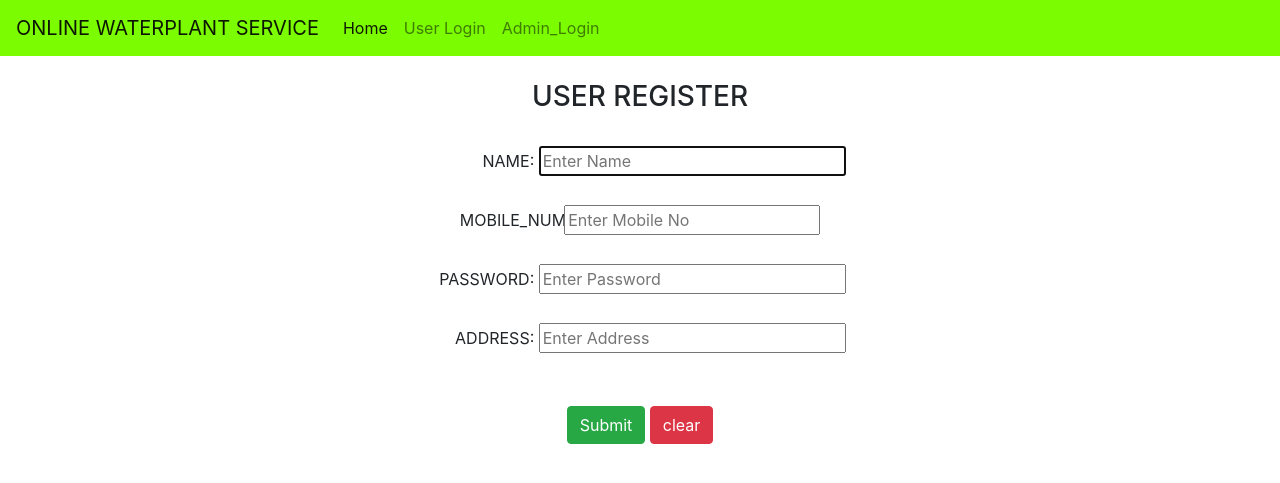
Repository: SHARMILAG97/WebApplication
Page: http://localhost/waterplant_web/userregister.jsp
These files come from the project's save history. The page is drawn as it stood at one moment and after the next save; the edit follows.
The browser window is 1280 px wide. The pictures show the whole page.
The page is served by Tomcat 9.

Above is the page before, as saved 2019-09-18 09:23:56.
Console error: TypeError: Cannot read properties of undefined (reading 'fn')

After the next save:
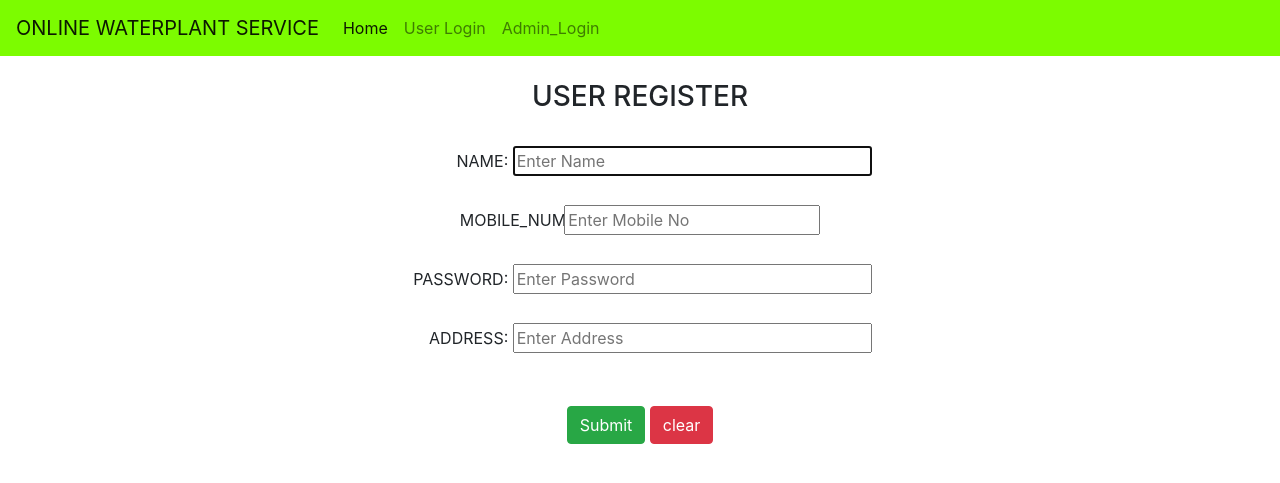
Saved 20 s later.
--- a/waterplant_web/src/main/webapp/userregister.jsp
+++ b/waterplant_web/src/main/webapp/userregister.jsp
@@ -69,21 +69,21 @@ function register() {
 
 <form onsubmit="register()">
 <label>NAME:</label>
-<input type="text" name="name" id="name" size=25 placeholder="Enter Name" required autofocus/>
+<input type="text" name="name" id="name" size=30 placeholder="Enter Name" required autofocus/>
 <br/></br>
 
 <label>MOBILE_NUMBER:</label>
-<input type="number" name="mobileno" id="mobileno" size=25 placeholder="Enter Mobile No" required />
+<input type="number" name="mobileno" id="mobileno" size=30 placeholder="Enter Mobile No" required />
 <br/></br>
 
 <label>PASSWORD:</label>
 <!--<input type="password" name="password" id="password" placeholder="Enter Password" required />  -->
-<input type="password" name="password" id="password" size=25 placeholder="Enter Password" required
+<input type="password" name="password" id="password" size=30 placeholder="Enter Password" required
  pattern="(?=.*\d)(?=.*[a-z])(?=.*[A-Z]).{8,}"
  title="Must contain at least one number and one uppercase and lowercase letter, and at least 8 or more characters required "/>
 <br/></br>
 <label>ADDRESS:</label>
-<input type="text" name="address" id="address" size=25 placeholder="Enter Address" required />
+<input type="text" name="address" id="address" size=30 placeholder="Enter Address" required />
 <br/></br></br>
 <input type="submit" value="Submit" class="btn btn-success">
 <button type="reset" class="btn btn-danger" value="clear">clear</button>
